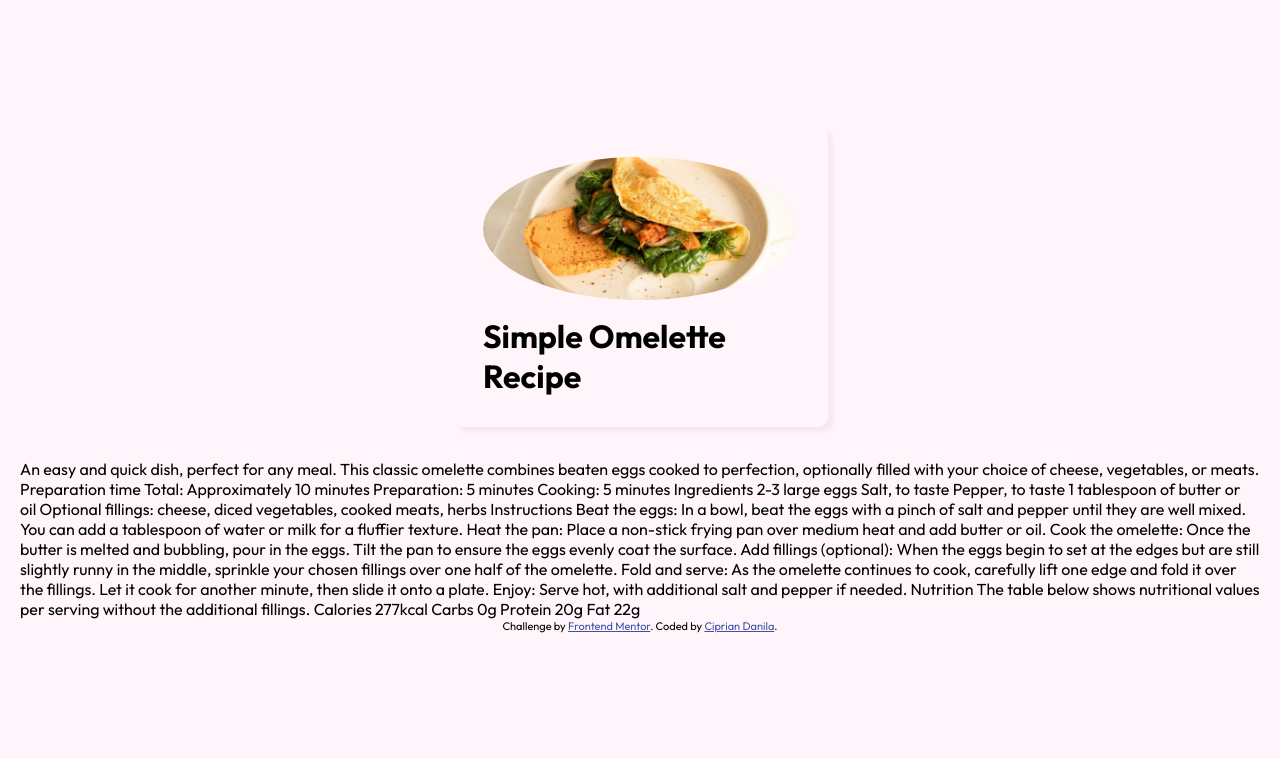
Repository: cipdanila/recipe-page
Page: index.html
These files come from the project's save history. The page is drawn as it stood at one moment and after the next save; the edit follows.
The browser window is 1280 px wide. The pictures show the whole page.

Above is the page before, as saved 2024-01-21 14:32:42.

### index.html
<!DOCTYPE html>
<html lang="en">
<head>
  <meta charset="UTF-8">
  <meta name="viewport" content="width=device-width, initial-scale=1.0"> <!-- displays site properly based on user's device -->

  <link rel="icon" type="image/png" sizes="32x32" href="./assets/images/favicon-32x32.png">
  <link rel="stylesheet" href="styles.css">

  <title>Frontend Mentor | Recipe page</title>

</head>
<body>
  <main>
    <div class="container">
      <img src="./assets/images//image-omelette.jpeg" alt="image-omlette">
      <h1>
        Simple Omelette Recipe
      </h1>
    </div>
  </main>

  An easy and quick dish, perfect for any meal. This classic omelette combines beaten eggs cooked
  to perfection, optionally filled with your choice of cheese, vegetables, or meats.

  Preparation time

  Total: Approximately 10 minutes
  Preparation: 5 minutes
  Cooking: 5 minutes

  Ingredients

  2-3 large eggs
  Salt, to taste
  Pepper, to taste
  1 tablespoon of butter or oil
  Optional fillings: cheese, diced vegetables, cooked meats, herbs

  Instructions

  Beat the eggs: In a bowl, beat the eggs with a pinch of salt and pepper until they are well mixed.
  You can add a tablespoon of water or milk for a fluffier texture.

  Heat the pan: Place a non-stick frying pan over medium heat and add butter or oil.

  Cook the omelette: Once the butter is melted and bubbling, pour in the eggs. Tilt the pan to ensure
  the eggs evenly coat the surface.

  Add fillings (optional): When the eggs begin to set at the edges but are still slightly runny in the
  middle, sprinkle your chosen fillings over one half of the omelette.

  Fold and serve: As the omelette continues to cook, carefully lift one edge and fold it over the
  fillings. Let it cook for another minute, then slide it onto a plate.

  Enjoy: Serve hot, with additional salt and pepper if needed.

  Nutrition

  The table below shows nutritional values per serving without the additional fillings.

  Calories
  277kcal

  Carbs
  0g

  Protein
  20g

  Fat
  22g
  <footer>
    <div class="attribution">
      Challenge by <a href="https://www.frontendmentor.io?ref=challenge" target="_blank" rel="noopener">Frontend Mentor</a>.
      Coded by <a href="https://github.com/cipdanila" target="_blank" rel="noopener noreferrer">Ciprian Danila</a>.
    </div>
  </footer>
</body>
</html>

### styles.css
@import url("https://fonts.googleapis.com/css2?family=Outfit:wght@400;600;700&family=Young+Serif&display=swap");

* {
    margin: 0;
    padding: 0;
    box-sizing: border-box;
}

:root {
    /* Primary Colors */
    --nutmeg: hsl(14, 45%, 36%);
    --dark-raspberry: hsl(332, 51%, 32%);
    /* Neutral Colors */
    --white: hsl(0, 0%, 100%);
    --rose-white: hsl(330, 100%, 98%);
    --eggshell: hsl(30, 54%, 90%);
    --light-grey: hsl(30, 18%, 87%);
    --wenge-brown: hsl(30, 10%, 34%);
    --dark-charcoal: hsl(24, 5%, 18%);
}

body {
    font-family: "Outfit", sans-serif;
    font-size: 16px;
    background-color: var(--rose-white);
    display: flex;
    flex-direction: column;
    align-items: center;
    justify-content: center;
    height: calc(100vh - 1px);
    margin: 1.25rem;
}

img {
    max-width: 100%;
}

.container {
    background-color: var(--dark-grey);
    padding: 1.90rem;
    border-radius: 0.625rem;
    box-shadow: 5px 5px 5px rgba(0, 0, 0, 0.05);
    display: flex;
    flex-direction: column;
    align-items: center;
    margin-bottom: 2rem;
}

.container img {
    border-radius: 50%;
    margin-bottom: 1rem;
}

.attribution {
    font-size: 11px;
    text-align: center;
}

.attribution a {
    color: hsl(228, 45%, 44%);
}

@media (min-width: 375px) {
    .container {
        width: 375px;
    }
}

After the next save:
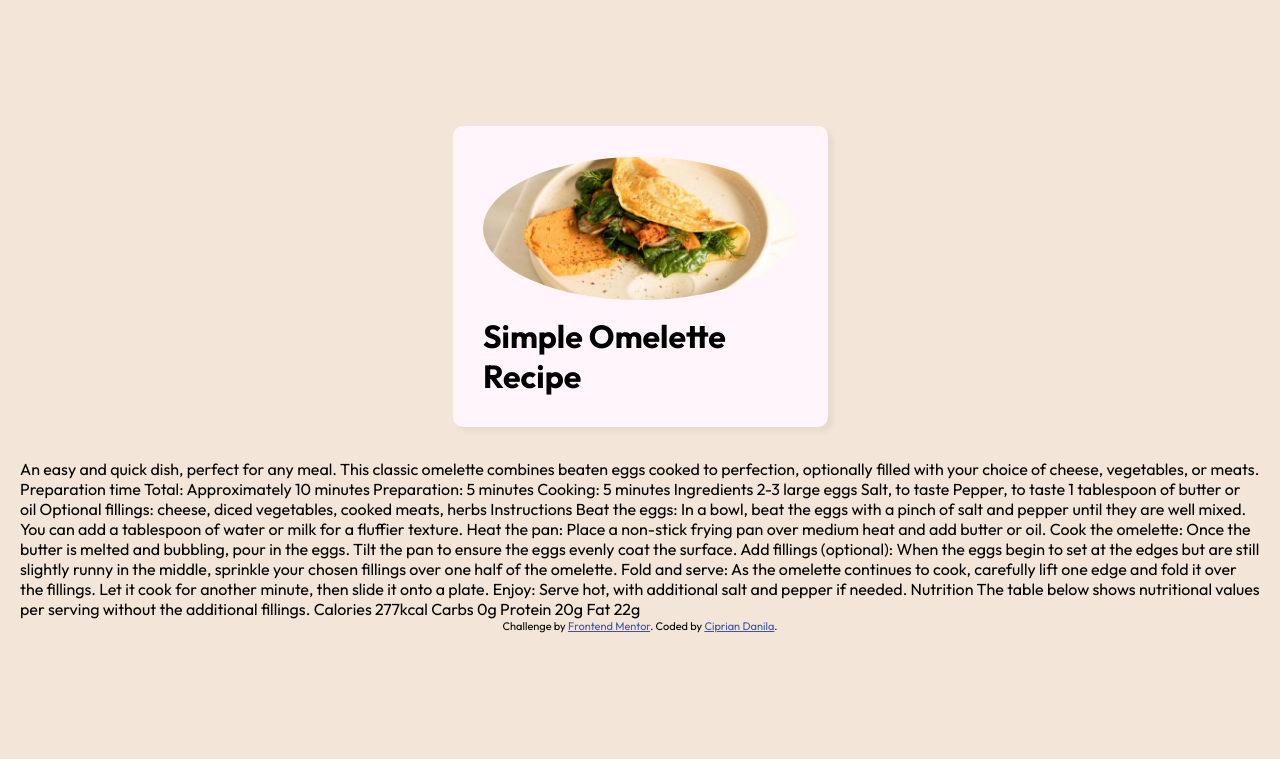
Saved 73 s later.
--- a/styles.css
+++ b/styles.css
@@ -22,7 +22,7 @@
 body {
     font-family: "Outfit", sans-serif;
     font-size: 16px;
-    background-color: var(--rose-white);
+    background-color: var(--eggshell);
     display: flex;
     flex-direction: column;
     align-items: center;
@@ -36,7 +36,7 @@
 }
 
 .container {
-    background-color: var(--dark-grey);
+    background-color: var(--rose-white);
     padding: 1.90rem;
     border-radius: 0.625rem;
     box-shadow: 5px 5px 5px rgba(0, 0, 0, 0.05);
